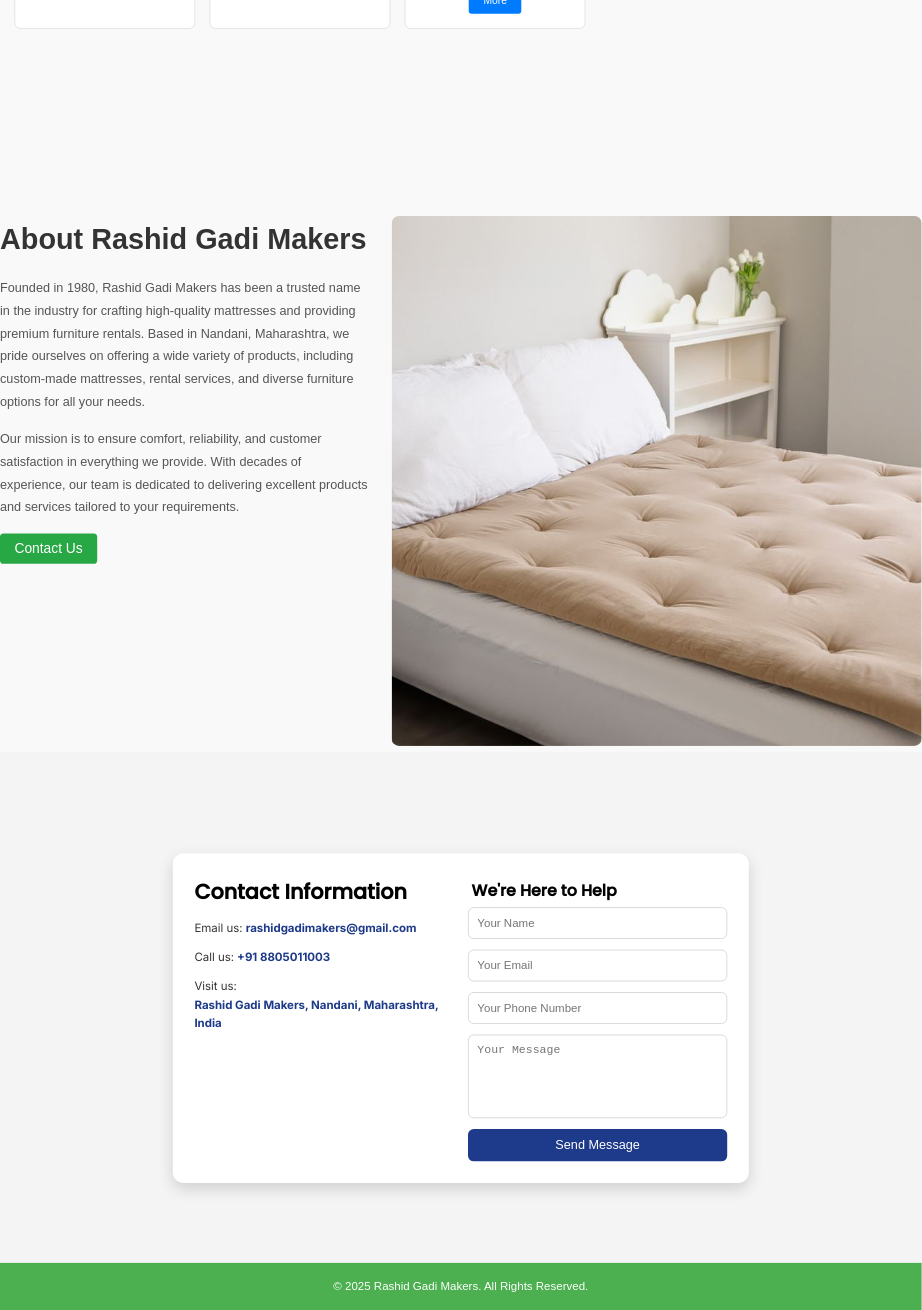
Repository: nadafgroup/rashidgadiUI
Page: src/home.html
The author's editor kept a copy of each file at every save. The page is drawn from the files as they stood at one save, then again after the next save.
The browser window is 1280 px wide. The pictures show the part of the page from y = 1325 to 3145 px (the page is 3145 px tall before and 2925 px after), at 72% of full size.
A picture or video elsewhere on the page could not be fetched, so the positions and the page height are approximate.

Above is the page before, as saved 2025-01-24 13:42:54.

### src/home.html
<!DOCTYPE html>
<html lang="en">
<head>
    <meta charset="UTF-8">
    <meta name="viewport" content="width=device-width, initial-scale=1.0">
    <title>Rashid Gadi Makers</title>
   <link rel="stylesheet" href="./home.css">
</head>
<body>
    <!-- Navbar -->
    <nav class="navbar">
        <div class="logo">

            <img src="../assets/img/nadaf.png" alt="">
        </div>
        <ul>
            <li><a href="#home">Home</a></li>
            <li><a href="#services">Services</a></li>
            <li><a href="#about">About Us</a></li>
            <li><a href="#contact">Contact Us</a></li>
        </ul>
    </nav>

    <!-- Hero Section -->
    <div class="hero" id="home">
        <div class="content">
            <h1>Welcome to Rashid Gadi Makers</h1>
            <p>Your one-stop solution for premium mattresses and pillows.</p>
        </div>
    </div>

 <!-- Services Section -->
<section class="services" id="services">
    <div class="container">
        <!-- Row for layout -->
        <div class="row">
            <!-- Image on the left -->
            <div class="services-image">
                <img src="../assets/img/11288324.png" alt="Services Image" />
            </div>
            <!-- Services content on the right -->
            <div class="services-content">
                <div class="text">
                <h2>Our Services</h2>
                <p>
                    We specialize in crafting high-quality mattresses, pillows, and other bedding
                    essentials to enhance your comfort and well-being.
                </p>
            </div>
                <!-- Services cards -->
                <div class="services-container">
                    <div class="service-card">
                        <h3>Bed Mattresses</h3>
                        <p>Experience unparalleled comfort with our premium bed mattresses, designed for restful nights.</p>
                        <button class="btn-more" onclick="openBed()">More</button>
                    </div>
                    <div class="service-card">
                        <h3>Pillows</h3>
                        <p>Luxurious and ergonomic pillows to ensure the perfect head and neck support.</p>
                        <button class="btn-more" onclick="openPillow()">More</button>
                    </div>
                    <div class="service-card">
                        <h3>Sofa Mattresses</h3>
                        <p>Custom-made sofa mattresses, combining style and comfort for your living space.</p>
                        <button class="btn-more" onclick="openSofa()">More</button>
                    </div>
                    <div class="service-card">
                        <h3>Mattress Repair</h3>
                        <p>Extend the life of your mattresses with our professional repair services.</p>
                        <button class="btn-more" onclick="openRepair()">More</button>
                    </div>
                    <div class="service-card">
                        <h3>Mattress Rent</h3>
                        <p>Rent hygienic, premium mattresses for temporary comfort ideal for guests, events, or short stays!</p>
                        <button class="btn-more" onclick="openRent()">More</button>
                    </div>

                    <div class="service-card">
                        <h3>Furniture</h3>
                        <p>"Discover stylish sofas, wardrobes, beds, and sofa beds in our furniture sale quality and comfort at great prices!"</p>
                        <button class="btn-more">More</button>
                    </div>
                </div>
            </div>
        </div>
    </div>
</section>




    <!-- About Us Section -->
    <section id="about">
        <div class="container-about">
            <div class="about-content">
                <h1>About Rashid Gadi Makers</h1>
                <p>Founded in 1980, Rashid Gadi Makers has been a trusted name in the industry for crafting high-quality mattresses and providing premium furniture rentals. Based in Nandani, Maharashtra, we pride ourselves on offering a wide variety of products, including custom-made mattresses, rental services, and diverse furniture options for all your needs.</p>
                <p>Our mission is to ensure comfort, reliability, and customer satisfaction in everything we provide. With decades of experience, our team is dedicated to delivering excellent products and services tailored to your requirements.</p>

                <div class="contact-button">
                    <button id="contact-btn">Contact Us</button>
                </div>
            </div>
            <div class="about-image">
                <img src="../assets/img/about.jpg" alt="About Rashid Gadi Makers">
            </div>
        </div>
    </section>

    <!-- Contact Section -->
    <section id="contact">
        <div class="contacts-card">
            <div class="contact-page">
              <div class="main-content">
                  <div class="contact-card">
                      <div class="left-section">
                          <h2>Contact Information</h2>
                          <p>Email us: <a href="mailto:rashidgadimakers@gmail.com">rashidgadimakers@gmail.com</a></p>
                          <p>Call us: <a href="https://wa.me/+918805011003" target="_blank">+91 8805011003</a></p>
                          <p>Visit us:<br> <a href="https://maps.app.goo.gl/m8q8q5HykzyQH5MR8" target="_blank"> Rashid Gadi Makers, Nandani, Maharashtra, India</a>
                           </p>
                      </div>

                      <div class="form-section">
                        <h2>We're Here to Help</h2>

                            <form action="https://api.web3forms.com/submit"  method="POST">

                              <!-- Web3Forms Access Key -->
                              <input type="hidden" name="apikey" value="6542ae57-249f-4950-9753-bf0288999d5a">
                              <input type="text"  name="name" id="name" placeholder="Your Name" required>
                              <input type="email"  name="email" id="email"  placeholder="Your Email" required>
                              <input type="phone"  name="phone" id="phone" placeholder="Your Phone Number" maxlength="10"
                              oninput="validatePhone(this)"  required>
                              <textarea rows="5" id="message"  name="message" placeholder="Your Message" required></textarea>
                              <button type="submit" >Send Message</button>
                          </form>
                      </div>
                  </div>
              </div>


          </div>
        </div>
    </section>

    <!-- Footer -->
    <footer>
        <p>&copy; 2025 Rashid Gadi Makers. All Rights Reserved.</p>
    </footer>
</body>
<script src="./home.js"></script>
</html>

### src/home.css
@font-face {
    font-family: 'poppins';
    src: url('../assets/fonts/Poppins/Poppins-Medium.ttf') format('truetype');
}



@font-face {
    font-family: 'inter';
    src: url('../assets/fonts/Inter/Inter-VariableFont_opsz\,wght.ttf') format('truetype');
}

@font-face {
    font-family: 'Exo';
    src: url('../assets/fonts/Exo2-VariableFont_wght.ttf') format('truetype');
}

 /* Reset and Basic Styling */
 * {
    margin: 0;
    padding: 0;
    box-sizing: border-box;
}

body {
    font-family: Arial, sans-serif;
    line-height: 1.6;
    background-color: #f9f9f9;
    color: #333;
}

/* Navbar Styles */
.navbar {
    display: flex;
    justify-content: space-between;
    align-items: center;
    padding: 10px 20px;
    background-color: #4CAF50;
    color: white;
    position: sticky;
    top: 0;
    z-index: 1000;
}

.navbar .logo {
    font-size: 1.5rem;
    font-weight: bold;
}

.navbar ul {
    list-style: none;
    display: flex;
}

.navbar ul li {
    margin: 0 15px;
}

.navbar ul li a {
    text-decoration: none;
    color: white;
    transition: color 0.3s;
}

.navbar ul li a:hover {
    color: #ddd;
}

.logo img{
    width: auto;
    height: 50px;
}

/* Hero Section */
.hero {
    display: flex;
    justify-content: center;
    align-items: center;
    text-align: center;
    background: url('../assets/img/1.png') no-repeat center center/cover;
    /* color: white; */
    height: 70vh;
    padding: 20px;
    animation: fadeIn 1.5s ease-in-out;
}

@keyframes fadeIn {
    from {
        opacity: 0;
        transform: translateY(-20px);
    }
    to {
        opacity: 1;
        transform: translateY(0);
    }
}



.content{
    backdrop-filter: blur(1px) saturate(180%);
    -webkit-backdrop-filter: blur(1px) saturate(180%);
    background-color: rgba(255, 255, 255, 0.74);
    border-radius: 12px;
    border: 1px solid rgba(209, 213, 219, 0.3);
    padding: 20px;
}

.content h1 {
    font-size: 3rem;
    background: linear-gradient(to right, #5c5cbe, #2b84c4);
    -webkit-background-clip: text;
    -webkit-text-fill-color: transparent;
    font-family: 'poppins';
}

.content p {
    font-size: 1.2rem;
    font-family: 'inter';

}

/* service */
/* Services Section Styling */




.services {
    padding: 0px 0;
    background-color: #f9f9f9;
}

.container {
    height: 100vh;
    background-color: #d9e8f2;
    display: flex;
    flex-direction: row;
    /* align-items: center; */

}



.services-image img {
    max-width: 100%;
    height: auto;
    border-radius: 8px;
    margin-top: 30vh;
}



.row {
    display: flex;
    flex-wrap: wrap; /* Allows content to wrap if needed */
    width: 100%;

}

.services-image {
    flex: 1;
    order: 2; /* Ensures the image appears on the right */
    text-align: center;
}

.services-content {
    flex: 2;
    order: 1; /* Ensures the content is on the left */
    padding-right: 30px; /* Adds space between content and image */
    margin-top: 17vh;

}

/* Adjusts the services-container for the card layout */
.services-container {
    display: grid;
    grid-template-columns: repeat(3, 1fr); /* 3 cards per row */
    gap: 20px;
    padding: 20px;

}

/* Media queries for responsiveness */
@media (max-width: 992px) {
    .row {
        flex-direction: column; /* Stacks the image and content in a column for smaller screens */
    }

    .services-content, .services-image {
        order: unset; /* Resets the order for better stacking */
        flex: unset; /* Ensures both elements take full width */
        width: 100%;
    }

    .services-container {
        grid-template-columns: repeat(2, 1fr); /* 2 cards per row on medium screens */
    }
}

@media (max-width: 576px) {
    .services-container {
        grid-template-columns: repeat(1, 1fr); /* 1 card per row on small screens */
    }
}

.text{
    text-align: left;
    padding: 20px;
}

.text h2 {

    font-size: 2rem;
    color: #333;
    font-family: 'poppins';
    margin-bottom: 0px;
}

.text p {
    font-size: 1rem;

    color: #666;
    font-family: 'inter';
}


.service-card {
    background: #fff;
    border: 1px solid #ddd;
    border-radius: 8px;
    padding: 20px;
    text-align: center;
    transition: box-shadow 0.3s ease;
}

.service-card:hover {
    box-shadow: 0 4px 8px rgba(0, 0, 0, 0.1);
}

.service-card h3 {
    margin-bottom: 10px;
    font-size: 1.2rem;
    color: #333;
    font-family: 'Exo';
}

.service-card p {
    font-size: 0.9rem;
    margin-bottom: 15px;
    color: #666;
    font-family: 'inter';
}

.btn-more {
    padding: 10px 20px;
    background: #007bff;
    color: #fff;
    border: none;
    border-radius: 4px;
    cursor: pointer;
    font-size: 0.9rem;
}

.btn-more:hover {
    background: #0056b3;
}



#about-us {
    display: flex;
    justify-content: center;
    align-items: center;
    /* padding: 50px 20px; */

}

.container-about {
    display: flex;
    flex-direction: row;
    justify-content: space-between;
    width: 100%;
    margin-top: 25%;



    /* max-width: 1200px; */
}

.about-content {
    flex: 1;
    padding-right: 30px;
}

.about-content h1 {
    font-size: 2.5rem;
    color: #333;
    margin-bottom: 20px;
}

.about-content p {
    font-size: 1.1rem;
    color: #555;
    margin-bottom: 20px;
    line-height: 1.8;
}

.contact-button button {
    padding: 10px 20px;
    background-color: #28a745;
    color: #fff;
    font-size: 1.2rem;
    border: none;
    cursor: pointer;
    border-radius: 5px;
    transition: background-color 0.3s ease;
}

.contact-button button:hover {
    background-color: #218838;
}

.about-image img {
    max-width: 100%;
    height: auto;
    border-radius: 10px;
}

@media (max-width: 768px) {
    .container {
        flex-direction: column;
        align-items: center;
    }

    .about-content {
        padding-right: 0;
        text-align: center;
    }

    .about-image img {
        max-width: 80%;
    }
}

/* Footer Styles */
footer {
    text-align: center;
    padding: 20px;
    background-color: #4CAF50;
    color: white;
}

/* Responsive Design */
@media (max-width: 768px) {
    .hero h1 {
        font-size: 2.5rem;
    }

    .gallery img {
        width: 100%;
        max-width: 400px;
    }
}

/* contact */

/* General Styles */

#contact{
    background-color: #f4f4f4;
}

.contact-page {
    display: flex;
    flex-direction: column;
    /* margin-top: 20px; */
    min-height: calc(100vh - 40px);
    /* width: 100%; */
    /* background-color: #000; */



}

.contacts-card {
    width: 100%;
    padding-top: 30px;
}

.main-content {
    flex: 1;
    display: flex;
    justify-content: center;
    align-items: center;
}


.contact-card {
    background: white;
    padding: 30px;
    border-radius: 15px;
    box-shadow: 0 8px 20px rgba(0, 0, 0, 0.15);
    max-width: 800px;
    width: 100%;
    display: flex;
    flex-wrap: wrap;
    gap: 20px;
}

.contact-card .left-section {
    flex: 1;
    min-width: 300px;

}

.contact-card .left-section h2 {
    font-family: 'Poppins';
    font-size: 1.8rem;
    color: #000000;
    text-align: left;
}

.contact-card .left-section p {
    font-size: 1rem;
    margin: 15px 0;
    line-height: 1.6;
    font-family: 'Inter';
    text-align: left;
}

.contact-card .left-section a {
    color: #1e3a8a;
    text-decoration: none;
    font-weight: bold;
    text-align: left;
}

.contact-card .left-section a:hover {
    text-decoration: underline;
}

.contact-card .form-section {
    flex: 1;
    min-width: 300px;
}

.contact-card .form-section form {
    display: flex;
    flex-direction: column;
    gap: 15px;
}

.contact-card .form-section form input,
.contact-card .form-section form textarea {
    width: 100%;
    padding: 12px;
    font-size: 1rem;
    border: 1px solid #ccc;
    border-radius: 8px;
    outline: none;
}

.contact-card .form-section form textarea {
    resize: none;
}

.contact-card .form-section form button {
    padding: 12px;
    background-color: #1e3a8a;
    color: white;
    border: none;
    border-radius: 8px;
    font-size: 1.1rem;
    cursor: pointer;
    transition: background-color 0.3s ease;
}

.contact-card .form-section form button:hover {
    background-color: #163574;
}

.form-section h2 {
    font-family: 'Poppins';
    font-size: 22px;
    color: #000000;
    margin-left: 0px;
    margin: 5px;
}

@media (max-width: 768px){
    .contact-card{
        margin: 20px;
        border-radius: 9px;
    }
}

@media (max-width: 425px) {
    .contacts-card{
        margin-top: 70%;
        padding-top: 0px;
        height: calc(100vh - 0px);
    }
}

### src/home.js
 // Function to handle the button click event
 function openBed() {
   window.location.href = 'bed.html';
 }

 function openPillow() {
   window.location.href = 'pillow.html';
 }

 function openSofa() {
   window.location.href = 'sofa.html';
 }


 function openRepair() {
   window.location.href = 'repair.html';
 }

 function openRent() {
   window.location.href = 'rent.html';
 }

After the next save:
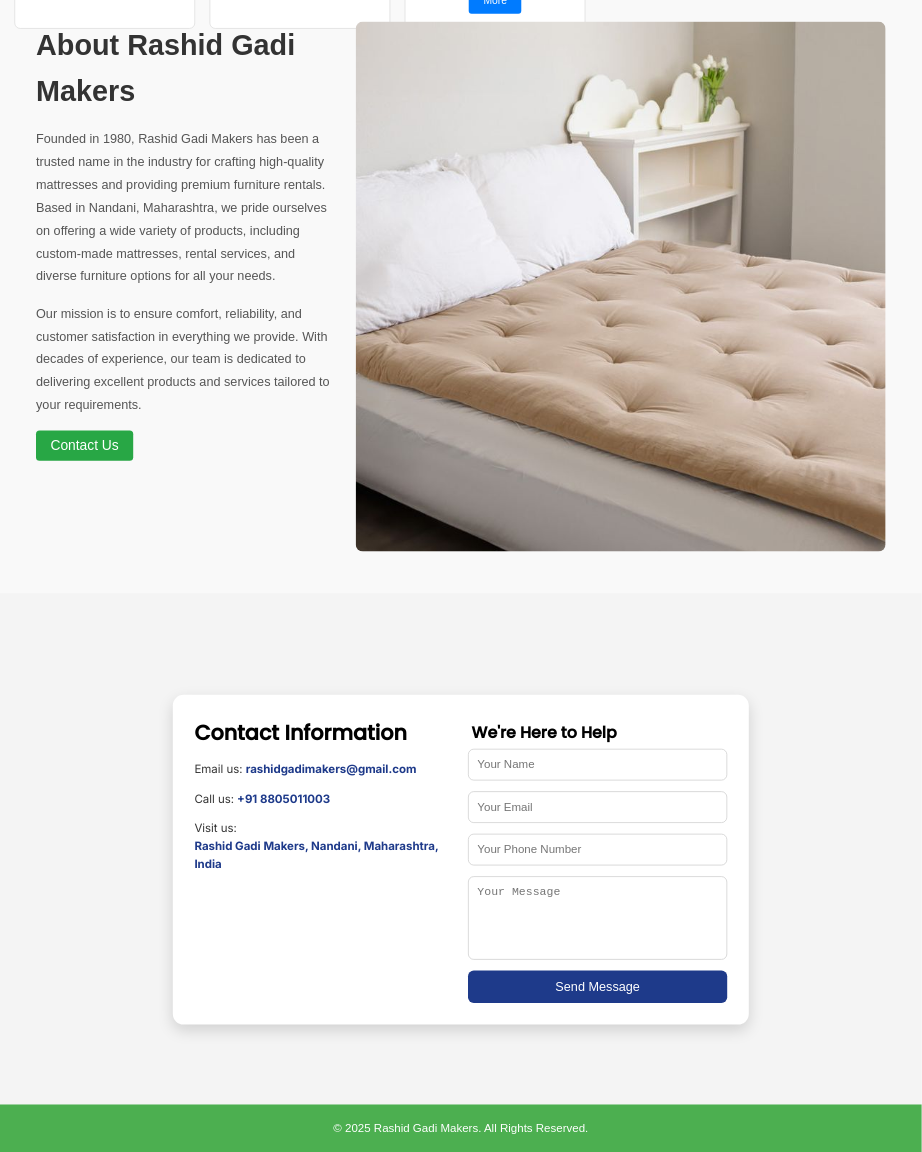
Saved 15 s later.
--- a/src/home.css
+++ b/src/home.css
@@ -281,8 +281,8 @@ body {
     flex-direction: row;
     justify-content: space-between;
     width: 100%;
-    margin-top: 25%;
-
+
+    padding: 50px;
 
 
     /* max-width: 1200px; */
